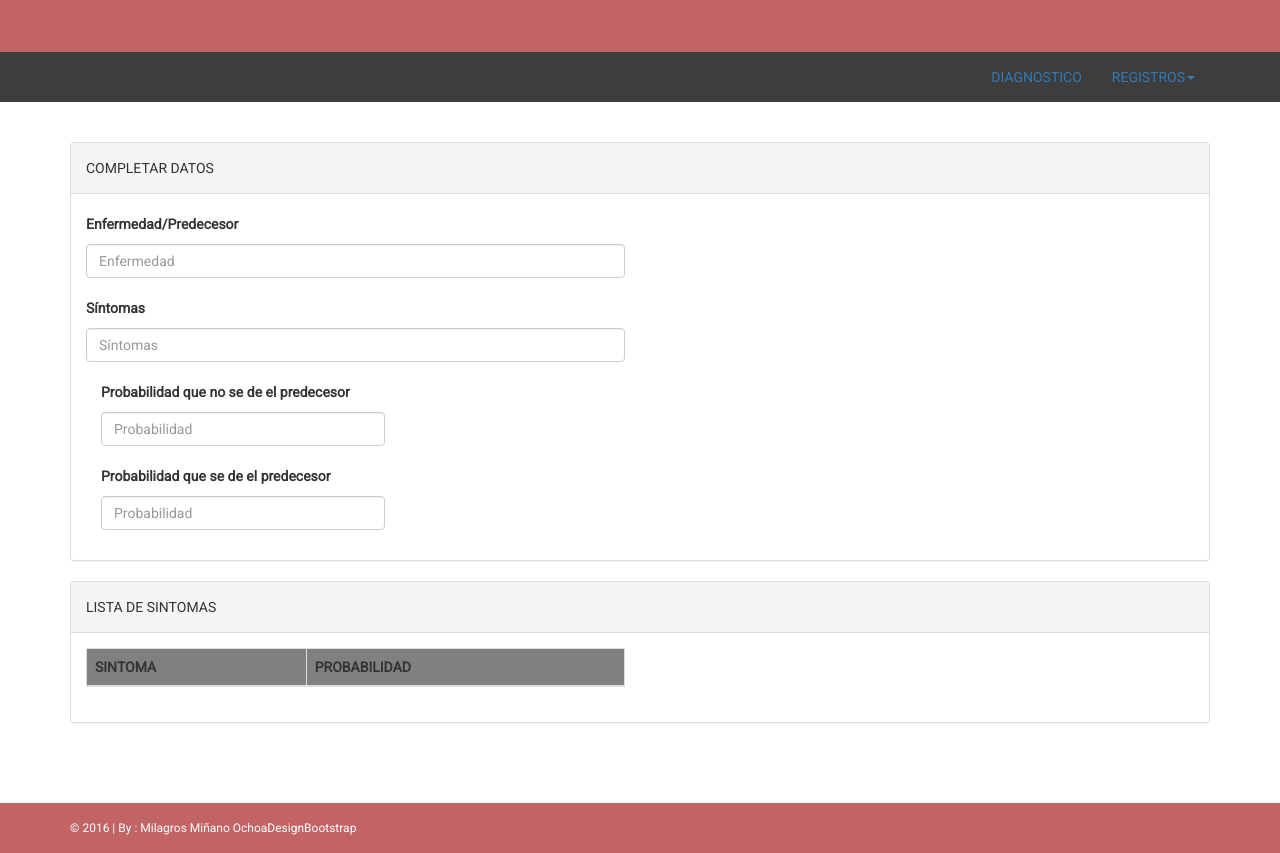
Repository: Mili10/PROYECTOII
Page: http://localhost/Capa_Presentación/frmRegistroSintoma.jsp
The author's editor kept a copy of each file at every save. The page is drawn from the files as they stood at one save, then again after the next save.
The browser window is 1280 px wide. The pictures show the whole page.
The page is served by Tomcat 9.

Above is the page before, as saved 2016-05-16 06:35:20.

### sistema_experto_web/Capa_Presentación/WebContent/frmRegistroSintoma.jsp
<%@ page language="java" contentType="text/html; charset=ISO-8859-1"
    pageEncoding="ISO-8859-1"%>
<!DOCTYPE html PUBLIC "-//W3C//DTD HTML 4.01 Transitional//EN" "http://www.w3.org/TR/html4/loose.dtd">
<html>
<head>
<meta http-equiv="Content-Type" content="text/html; charset=ISO-8859-1">
<title>Insert title here</title>
	<link href="Plantilla/css/bootstrap.css" rel="stylesheet" />
    <link href="Plantilla/css/font-awesome.css" rel="stylesheet" />
    <link href="Plantilla/css/style.css" rel="stylesheet" />
</head>
<body>
	<jsp:include page="includes/masterHeader.jsp"></jsp:include>
	<div class="content-wrapper">
		<div class="container">
			<div class="panel panel-default">
	             <div class="panel-heading">
	               COMPLETAR DATOS
	             </div>
	              <div class="row">
		             <div class="panel-body">
		             	<div class="col-md-6">
						  <form>
						  <div class="form-group">
						    <label for="exampleInputEmail1">Enfermedad/Predecesor</label>
						    <input type="text" class="form-control" placeholder="Enfermedad">
						  </div>
						  <div class="form-group">
						    <label for="exampleInputPassword1">Síntomas</label>
						    <input type="text" class="form-control" placeholder="Síntomas">
						  </div>
						  <div class="col-md-7">
						  	<div class="form-group">
						    <label for="exampleInputEmail1">Probabilidad que no se de el predecesor</label>
						    <input class="form-control" placeholder="Probabilidad">
						  </div>
						  </div>
						  <div class="col-md-7">
						  	<div class="form-group">
						    <label for="exampleInputEmail1">Probabilidad que se de el predecesor</label>
						    <input class="form-control" placeholder="Probabilidad">
						  </div>
						  </div>
						 </form>
						</div>
					  </div>
				  </div>
	         </div>

	         <div class="panel panel-default">
	             <div class="panel-heading">
	               LISTA DE SINTOMAS
	             </div>
	              <div class="row">
		             <div class="panel-body">
		              <div class="col-md-6">
		             	<div class="table-responsive">
                                <table class="table table-striped table-bordered table-hover">
                                    <thead style="background: grey">
                                        <tr>
                                            <th>SINTOMA</th>
                                            <th>PROBABILIDAD</th>
                                        </tr>
                                    </thead>
                                    <tbody>

                                    </tbody>
                                </table>
                            </div>
                         </div>
					  </div>
				  </div>
	         </div>

	      </div>
      </div>


	<jsp:include page="includes/masterFooter.jsp"></jsp:include>

	<script src="Plantilla/js/jquery-1.11.1.js"></script>
    <script src="Plantilla/js/bootstrap.js"></script>
</body>
</html>

### sistema_experto_web/Capa_Presentación/WebContent/includes/masterHeader.jsp
    <div class="navbar navbar-inverse set-radius-zero">
        <div class="container">
            <div class="navbar-header">
                <button type="button" class="navbar-toggle" data-toggle="collapse" data-target=".navbar-collapse">
                    <span class="icon-bar"></span>
                    <span class="icon-bar"></span>
                    <span class="icon-bar"></span>
                </button>
                <a class="navbar-brand" href="index.html">

                </a>

            </div>

        </div>
    </div>
    <!-- LOGO HEADER END-->
    <section class="menu-section">
        <div class="container">
            <div class="row">
                <div class="col-md-12">
                    <div class="navbar-collapse collapse">
                        <ul class="nav navbar-nav navbar-right">
                            <li><a href="frmCuestionario.jsp">DIAGNOSTICO</a></li>
                            <li class="dropdown">
                            	<a href="#" class="dropdown-toggle" data-toggle="dropdown" role="button" aria-haspopup="true" aria-expanded="false">REGISTROS<span class="caret"></span></a>
                            	<ul class="dropdown-menu">
						            <li><a href="frmRegistroSintoma.jsp" role="button">SINTOMA</a></li>
						        </ul>
                            </li>
                        </ul>
                    </div>
                </div>

            </div>
        </div>
    </section>

### sistema_experto_web/Capa_Presentación/WebContent/includes/masterFooter.jsp
<!-- CONTENT-WRAPPER SECTION END-->
    <footer>
        <div class="container">
            <div class="row">
                <div class="col-md-12">
                    &copy; 2016 | By : Milagros Miñano Ochoa<a href="http://www.designbootstrap.com/" target="_blank">DesignBootstrap</a>
                </div>

            </div>
        </div>
    </footer>

### sistema_experto_web/Capa_Presentación/WebContent/Plantilla/css/style.css

/*=============================================================
    Authour URL: www.designbootstrap.com

    http://www.designbootstrap.com/

    License: MIT

    http://opensource.org/licenses/MIT

    100% Free To use For Personal And Commercial Use.

    IN EXCHANGE JUST TELL PEOPLE ABOUT THIS WEBSITE

========================================================  */


/* =============================================================
   GENERAL STYLES
 ============================================================ */

@import url(http://fonts.googleapis.com/css?family=Roboto); /* FREE GOOGLE FONT */

body {
    font-family: 'Roboto', sans-serif;
    line-height: 30px;
}

.set-radius-zero {
    border-radius: 0px;
    -moz-border-radius: 0px;
    -webkit-border-radius: 0px;
}

.content-wrapper {
    margin-top: 40px;
    min-height: 600px;
    padding-bottom: 60px;
}

.page-head-line {
    font-weight: 900;
    padding-bottom: 20px;
    border-bottom: 2px solid #F0677C;
    text-transform: uppercase;
    color: #F0677C;
    font-size: 20px;
    margin-bottom: 40px;
}

.btn {
    border-radius: 0px;
    -webkit-border-radius: 0px;
    -moz-border-radius: 0px;
}

.progress {
    height: 8px;
    border-radius: 0px;
    -webkit-border-radius: 0px;
    -moz-border-radius: 0px;
}
.login-icon {
    height: 60px;
width: 60px;
padding: 13px;
border-radius: 50%;
font-size: 30px;
margin-bottom: 20px;
color: #fff;
text-align: center;
cursor:pointer;
background-color:#F0677C;
-webkit-border-radius:50%;
    -moz-border-radius:50%;
}
/* =============================================================
   HEADER SECTION STYLES
 ============================================================ */
header {
    background-color: #F0677C;
    color: #fff;
    padding: 10px;
    text-align: right;
}


/* =============================================================
   LOGO SECTION STYLES
 ============================================================ */
.left-div {
    padding-left: 30px;
    margin-top: 40px;
    margin-bottom: 30px;
}

.navbar-brand {
    width: 250px;
    padding-top: 30px;
}

/* USER SETTINGS DIV */
.user-settings-wrapper .nav > li > a {
    position: relative;
    display: block;
    padding: 15px 18px;
    border-radius: 50%;
    -webkit-border-radius: 50%;
    -moz-border-radius: 50%;
    height: 60px;
    width: 60px;
    background-color: #F0677C;
    color: #fff;
}

.user-settings-wrapper {
    margin-top: 10px;
}

    .user-settings-wrapper li {
        display: inline-block;
    }

    .user-settings-wrapper .dropdown-settings {
        width: 200px;
        padding: 10px;
    }

    .user-settings-wrapper .nav > li > a:hover,.user-settings-wrapper .nav > li > a:focus {
        text-decoration: none;
        background-color: #C36464!important;
    }

    .user-settings-wrapper img {
        height: 64px;
        width: 64px;
        border: 1px solid #000000;
    }

    .user-settings-wrapper .dropdown-menu {
        margin: 0px;
        border-radius: 0px!important;
        -moz-border-radius: 0px!important;
        -webkit-border-radius: 0px!important;
    }

    .user-settings-wrapper .btn {
        border-radius: 0px!important;
        -moz-border-radius: 0px!important;
        -webkit-border-radius: 0px!important;
    }

    .user-settings-wrapper .media-heading {
        padding-top: 10px;
    }

/* MENU LINKS SECTION*/

.menu-section {
    background-color: #3D3D3D;
}

#menu-top a {
    color: #FFF;
    text-decoration: none;
    font-weight: 500;
    padding: 10px 10px 10px 10px;
    text-transform: uppercase;
}

.menu-top-active {
    background-color: #C36464;
}

.menu-section .nav > li > a:hover,.menu-section .nav > li > a:focus {
    background-color: #F0677C!important;
}

.menu-section .dropdown-menu > li > a:hover,.menu-section .dropdown-menu > li > a:focus {
    background-color: #F0677C!important;
}

.navbar-inverse {
    background-color: #C36464;
    border-color: transparent;
}

.navbar-toggle {
    background-color: #F0677C;
    border: 1px solid #fff;
}

.navbar {
    margin-bottom: 0px;
}
/* =============================================================
   FOOTER SECTION STYLES
 ============================================================ */
footer {
    padding: 10px;
    color: #fff;
    font-size: 12px;
    background-color: #C36464;
}

    footer a, footer a:hover {
        color: #fff;
        text-decoration: none;
    }

/*==============================================
    DASHBOARD  STYLES
 =============================================*/

/* DASHBOARD ICONS */

.bk-clr-one {
    background-color: #B9B739;
}

.bk-clr-two {
    background-color: #F94C4C;
}

.bk-clr-three {
    background-color: #119c7e;
}

.bk-clr-four {
    background-color: #b739b9;
}

.dashboard-div-icon {
    height: 75px;
    width: 75px;
    border: 2px solid #fff;
    padding: 20px;
    border-radius: 50%;
    -webkit-border-radius:50%;
    -moz-border-radius:50%;
    font-size: 30px;
    margin-bottom: 20px;
    color: #fff;
}

.dashboard-div-wrapper {
    border-radius: 5px;
    text-align: center;
    padding: 15px;
    color: #fff;
    margin-bottom: 50px;
}

    .dashboard-div-wrapper .progress {
        height: 2px;
    }

/* NOTICE BOARD */


.notice-board .panel {
    border-radius: 0px;
    -webkit-border-radius: 0px;
    -moz-border-radius: 0px;
}

.notice-board ul {
    padding-left: 0px;
    list-style: none;
}

.notice-board li {
    padding: 10px;
    border-bottom: 1px solid #E5E5E5;
}

    .notice-board li span {
        margin-right: 10px;
        border: 1px solid #DBDBDB;
        padding: 5px;
    }

    .notice-board li a, li a:hover {
        text-decoration: none;
        color: #000;
    }

/* SOCIAL BUTTONS */
.btn-social {
    color: white;
    opacity: 0.8;
}

    .btn-social:hover {
        color: white;
        opacity: 1;
        text-decoration: none;
    }

.btn-facebook {
    background-color: #3b5998;
}

.btn-twitter {
    background-color: #00aced;
}

.btn-linkedin {
    background-color: #0e76a8;
}

.btn-google {
    background-color: #c32f10;
}

Loaded but not shown: sistema_experto_web/Capa_Presentación/WebContent/Plantilla/css/bootstrap.css (library); sistema_experto_web/Capa_Presentación/WebContent/Plantilla/css/font-awesome.css (library); sistema_experto_web/Capa_Presentación/WebContent/Plantilla/js/jquery-1.11.1.js (library); sistema_experto_web/Capa_Presentación/WebContent/Plantilla/js/bootstrap.js (library)

After the next save:
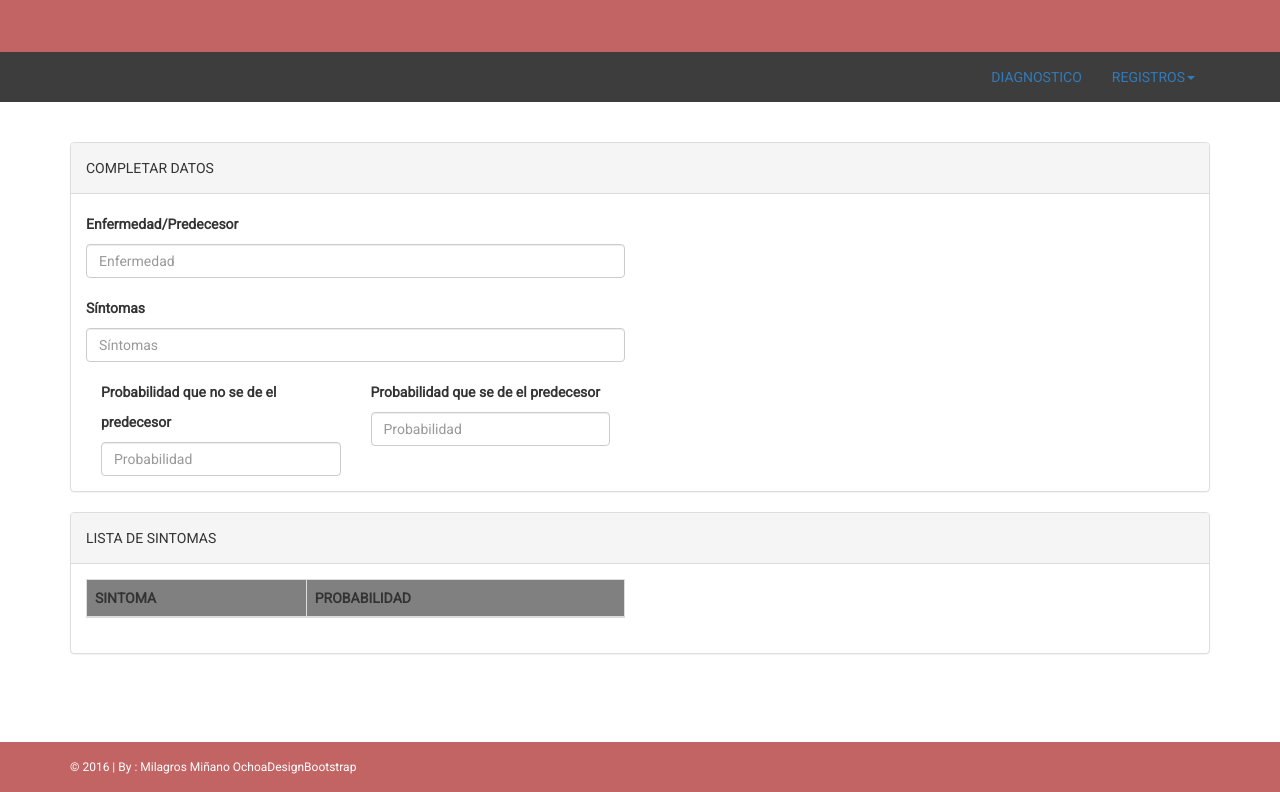
Saved 3 min 9 s later.
--- a/sistema_experto_web/Capa_Presentación/WebContent/frmRegistroSintoma.jsp
+++ b/sistema_experto_web/Capa_Presentación/WebContent/frmRegistroSintoma.jsp
@@ -29,13 +29,14 @@
 						    <label for="exampleInputPassword1">Síntomas</label>
 						    <input type="text" class="form-control" placeholder="Síntomas">
 						  </div>
-						  <div class="col-md-7">
-						  	<div class="form-group">
+						  <div class="form-group">
+						  <div class="col-md-6">
+
 						    <label for="exampleInputEmail1">Probabilidad que no se de el predecesor</label>
 						    <input class="form-control" placeholder="Probabilidad">
 						  </div>
 						  </div>
-						  <div class="col-md-7">
+						  <div class="col-md-6">
 						  	<div class="form-group">
 						    <label for="exampleInputEmail1">Probabilidad que se de el predecesor</label>
 						    <input class="form-control" placeholder="Probabilidad">
